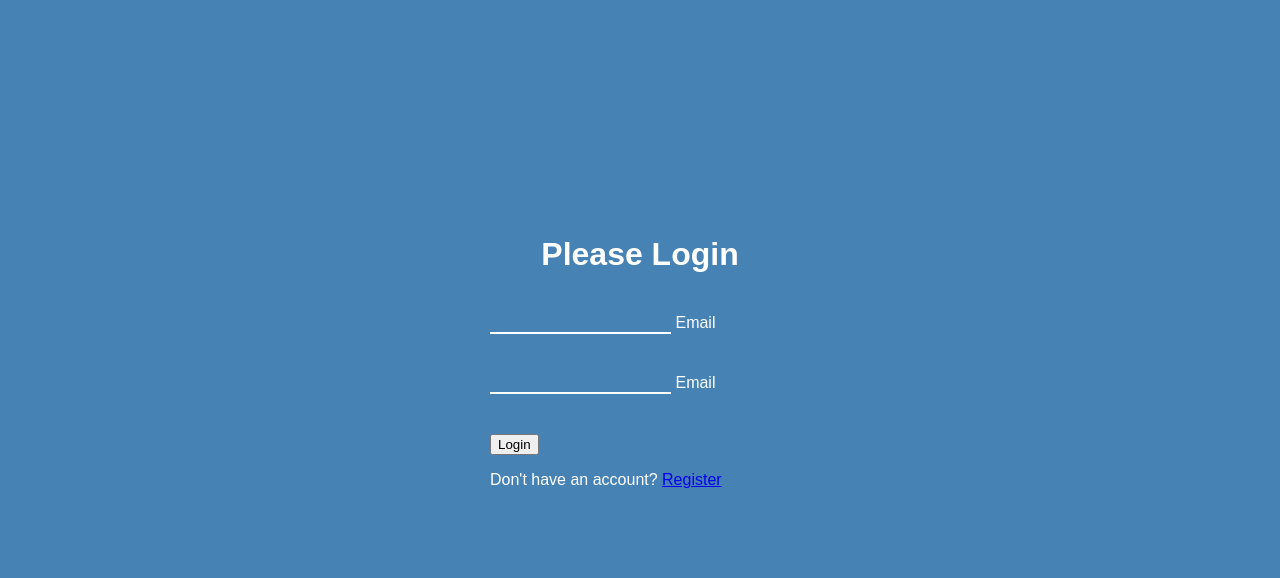
Repository: eagle-tex/50-projects-BT
Page: 08-form-wave-animation/index.html
The author's editor kept a copy of each file at every save. The page is drawn from the files as they stood at one save, then again after the next save.
The browser window is 1280 px wide. The pictures show the whole page.
Some web fonts or font styles are not loaded; a fallback is used.

Above is the page before, as saved 2021-01-07 23:22:14.

After the next save:
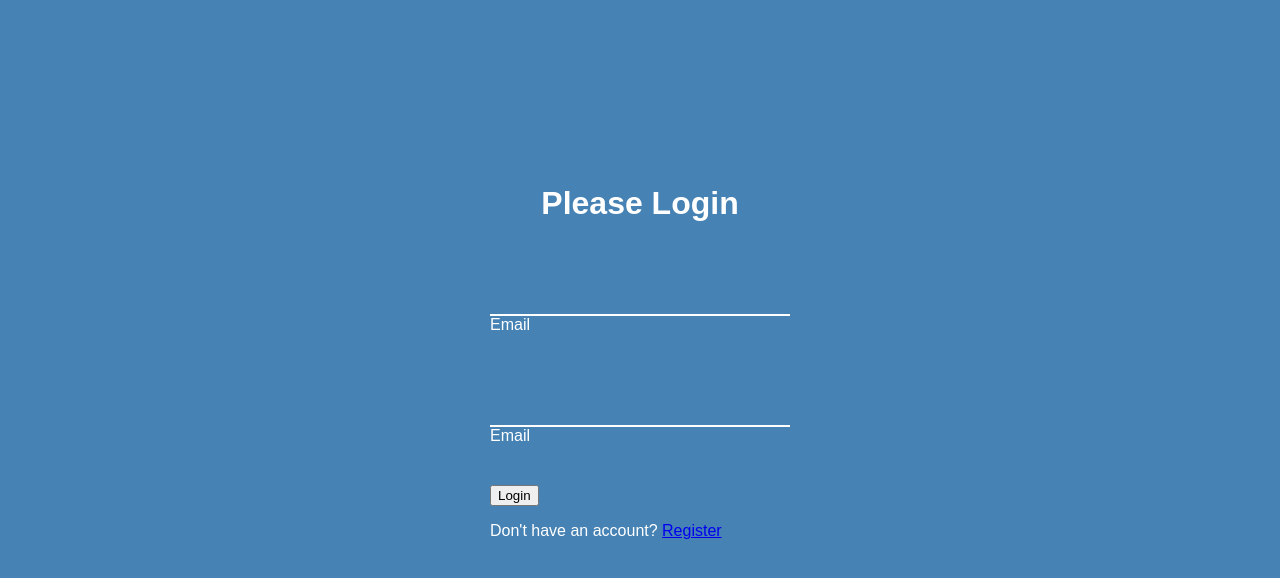
Saved 36 s later.
--- a/08-form-wave-animation/style.css
+++ b/08-form-wave-animation/style.css
@@ -47,4 +47,9 @@ body {
   background-color: transparent;
   border: 0;
   border-bottom: 2px solid #fff;
+  display: block;
+  width: 100%;
+  padding: 15px 0;
+  font-size: 18px;
+  color: #fff;
 }
